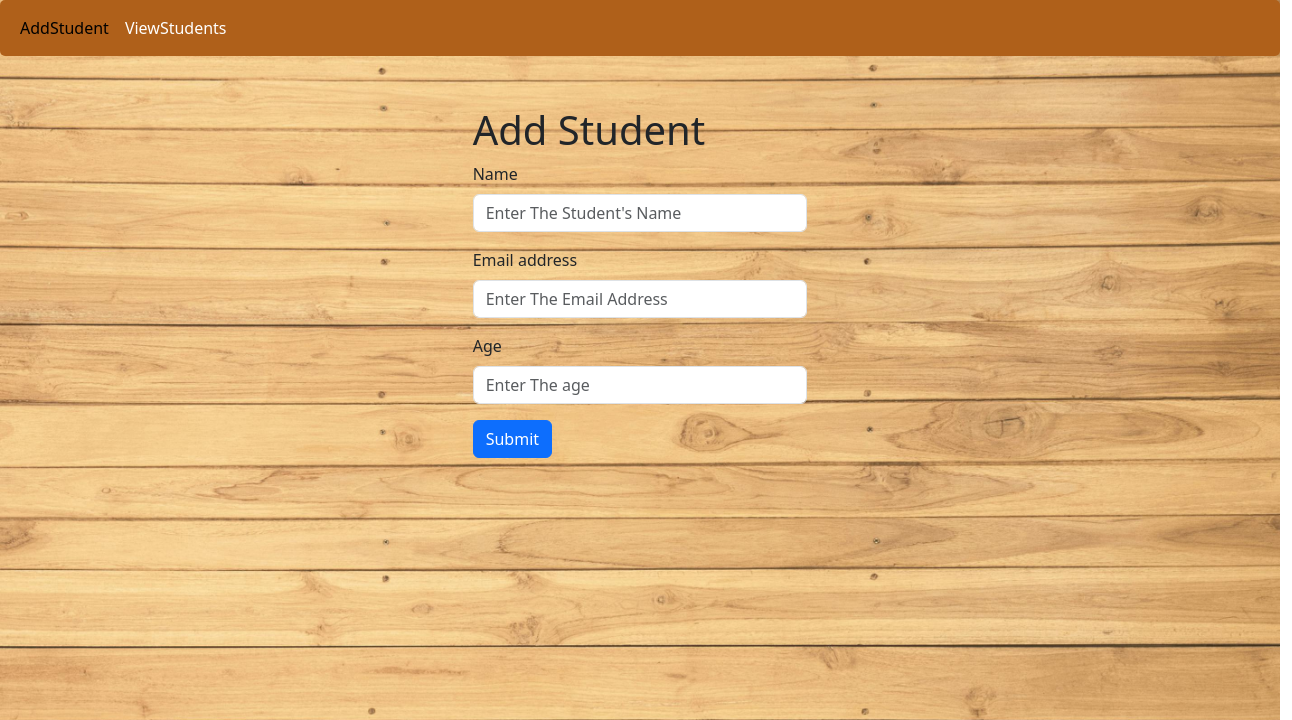
Repository: Manojs14/StudentManagementSystem
Page: http://localhost/Crud_form/
The author's editor kept a copy of each file at every save. The page is drawn from the files as they stood at one save, then again after the next save.
The browser window is 1280 px wide. The page is 1292 px wide, so the pictures cover 1292 px, including what lies to the right of the window. The pictures show the whole page.
The page is served by Tomcat 9. Nobody is signed in. The application's start-up code is not run. Other server files are loaded and not shown.

Above is the page before, as saved 2024-07-11 09:23:05.

### Crud_form/src/main/webapp/index.jsp
<%@ page language="java" contentType="text/html; charset=UTF-8"
    pageEncoding="UTF-8"%>
<!DOCTYPE html>
<html>
<head>
<meta charset="UTF-8">
<title>The Student Form</title>
<style>
  body {
            background-image: url('image/pexels-fwstudio-33348-129731.jpg');
            background-size: cover;
            background-repeat: no-repeat;
            background-attachment: fixed;
        }

    .custom-navbar {
        background-color: #AF601A ;
        border-radius:5px;
    }
    .custom-navbar .nav-link {
        color: #fff;
    }
    .custom-navbar .nav-link.active {
        color: #d4d4d4;
    }
</style>



<link href="https://cdn.jsdelivr.net/npm/bootstrap@5.3.2/dist/css/bootstrap.min.css" rel="stylesheet" integrity="sha384-T3c6CoIi6uLrA9TneNEoa7RxnatzjcDSCmG1MXxSR1GAsXEV/Dwwykc2MPK8M2HN" crossorigin="anonymous">
</head>
<body>





<!-- nav bar to navigate from addpage to viewpage -->
	<nav class="navbar navbar-expand-lg custom-navbar">
		<div class="container-fluid">

			<div class="collapse navbar-collapse" id="navbarNav">
				<ul class="navbar-nav">
					<li class="nav-item"><a class="nav-link active"
						aria-current="page" href="index.jsp">AddStudent</a></li>
					<li class="nav-item"><a class="nav-link" href="ReadServlet">ViewStudents</a>
					</li>
				</ul>
			</div>
		</div>
	</nav>




<!-- Form which uses bootstrap rows and colm for form placement -->
 <div class="row">
    <div class="col-4">
    </div>
    <div class="col-4" style="padding:50px">
        <h1 style="">Add Student</h1>


        <!-- form is mapped to createservlet using @WebServlet -->
     <form action="CreateServlet" method="post">
  <div class="mb-3">
    <label for="username" class="form-label">Name </label>
    <input type="text" class="form-control" id="name1" name="name" aria-describedby="text" placeholder="Enter The Student's Name" required>
  </div>
   <div class="mb-3">
    <label for="exampleInputEmail1" class="form-label">Email address</label>
    <input type="email" class="form-control" name="email" required id="email" aria-describedby="emailHelp" placeholder="Enter The Email Address" required>
  </div>
  <div class="mb-3">
    <label for="number" class="form-label">Age</label>
    <input type="number" class="form-control" name="age" required id="age" placeholder="Enter The age" required>
  </div>
  <button type="submit" class="btn btn-primary">Submit</button>
</form>
</div>
</div>







 <script src="https://cdn.jsdelivr.net/npm/@popperjs/core@2.11.8/dist/umd/popper.min.js" integrity="sha384-I7E8VVD/ismYTF4hNIPjVp/Zjvgyol6VFvRkX/vR+Vc4jQkC+hVqc2pM8ODewa9r" crossorigin="anonymous"></script>
<script src="https://cdn.jsdelivr.net/npm/bootstrap@5.3.2/dist/js/bootstrap.min.js" integrity="sha384-BBtl+eGJRgqQAUMxJ7pMwbEyER4l1g+O15P+16Ep7Q9Q+zqX6gSbd85u4mG4QzX+" crossorigin="anonymous"></script>

</body>

After the next save:
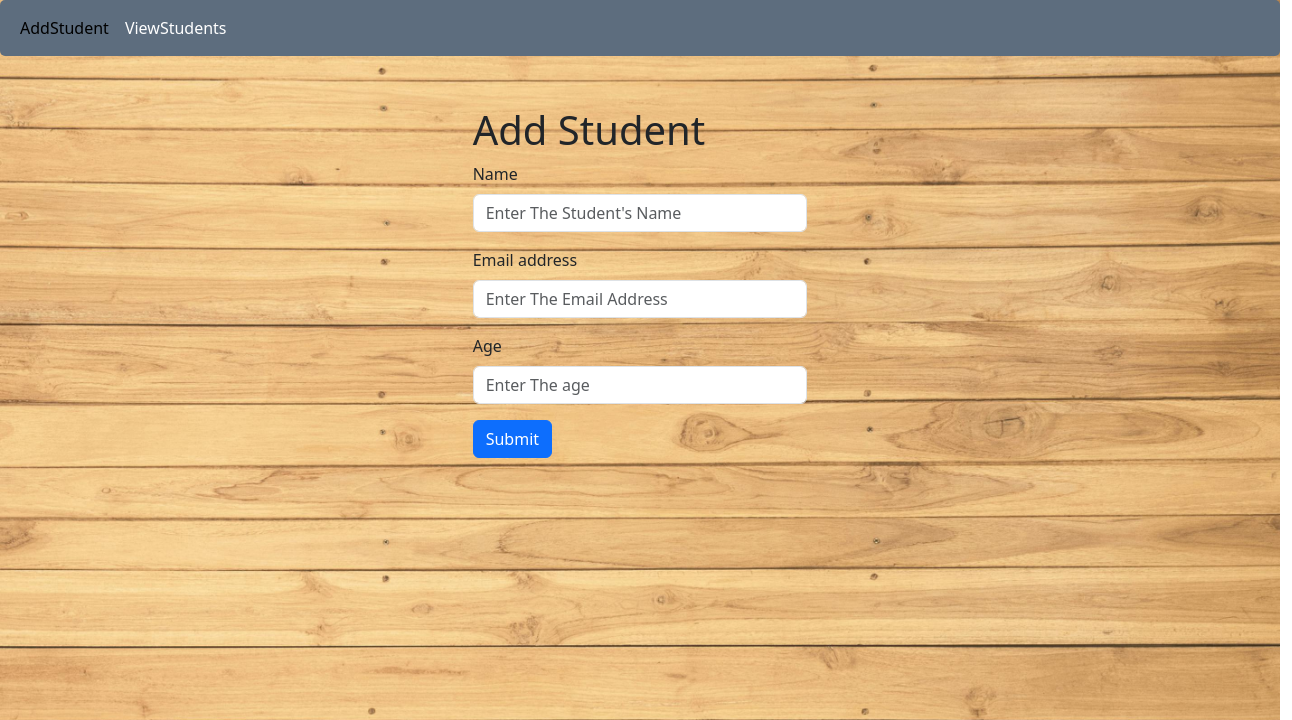
Saved 52 s later.
--- a/Crud_form/src/main/webapp/index.jsp
+++ b/Crud_form/src/main/webapp/index.jsp
@@ -14,7 +14,7 @@
         }
 
     .custom-navbar {
-        background-color: #AF601A ;
+        background-color: #5D6D7E  ;
         border-radius:5px;
     }
     .custom-navbar .nav-link {
